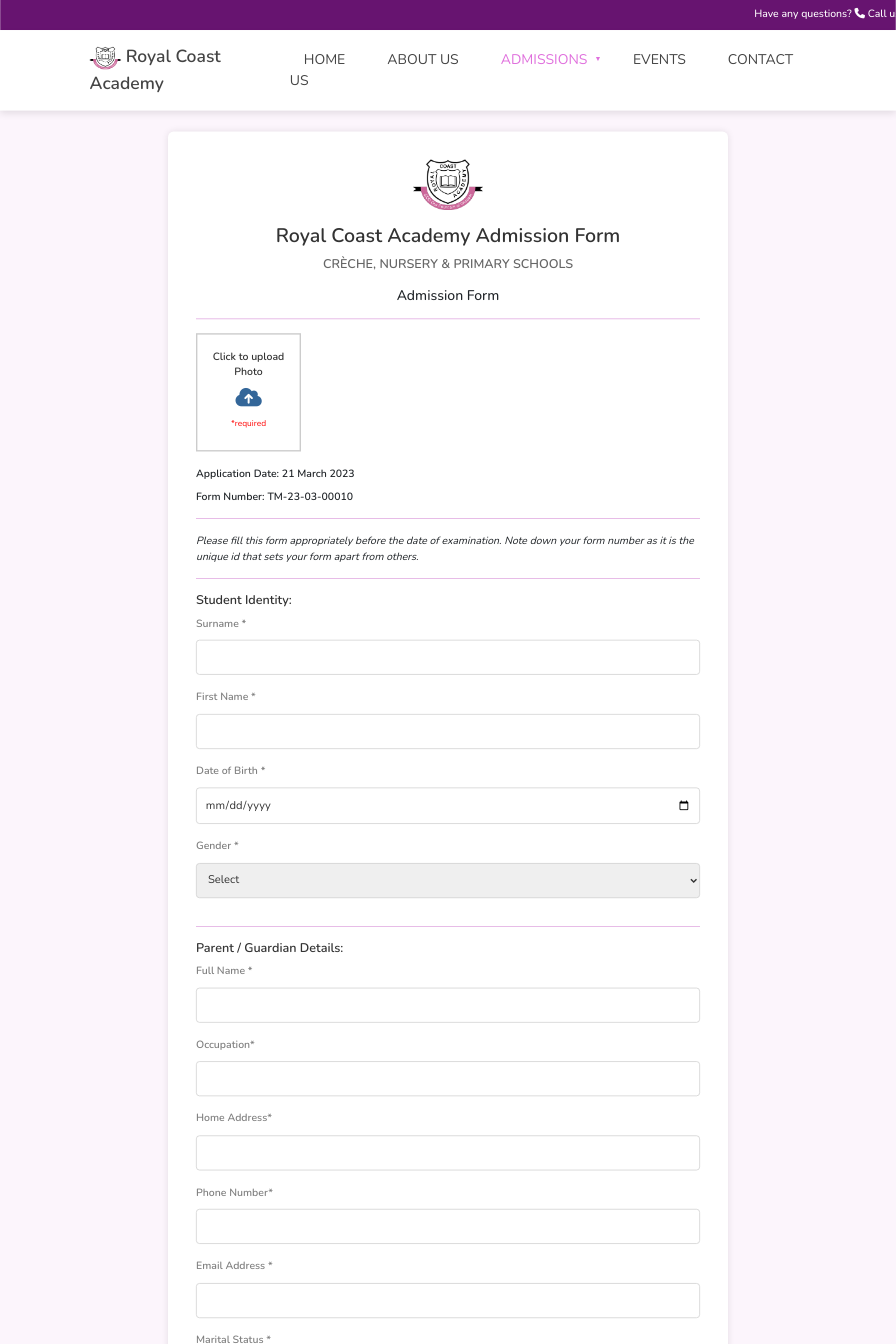
Repository: AdeniranZion/RC-Academy
Page: http://localhost/admission_form.php
An editor plug-in stored every save of this project. The page is shown before and after the next save, followed by the edit.
The browser window is 1280 px wide. The pictures show the part of the page from y = 0 to 1920 px (the page is 3820 px tall before and 3926 px after), at 70% of full size.
Some web libraries are served in a nearby version. The page is run by PHP 8.4 with error messages shown; the project is at /var/www/html/. Style sheets and scripts are compiled from the project's sources, by tool versions that may differ from the author's.

Above is the page before, as saved 2024-06-24 09:04:37.
Console error: TypeError: Cannot set properties of null (setting 'onclick')

After the next save:
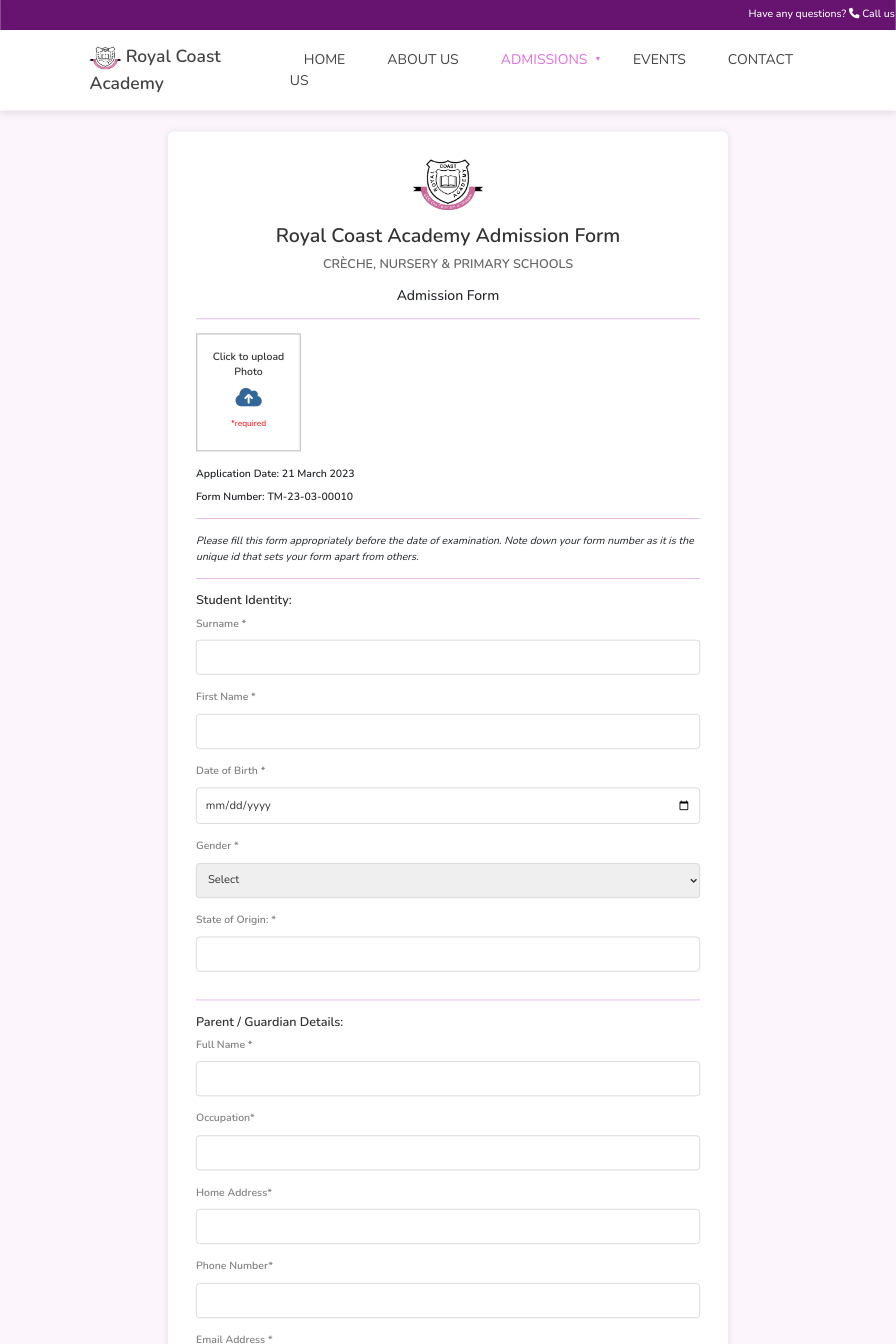
Saved 56 s later.
--- a/admission_form.php
+++ b/admission_form.php
@@ -262,6 +262,11 @@
                 </select>
             </div>
 
+            <div class="form-group">
+                <label for="SOO">State of Origin: *</label>
+                <input type="text" id="state_origin" name="state_origin" required>
+            </div>
+
             <hr class="section-divider" style="margin-top: 40px;">
 
             <h2 style="font-weight: bolder;">Parent / Guardian Details:</h2>
